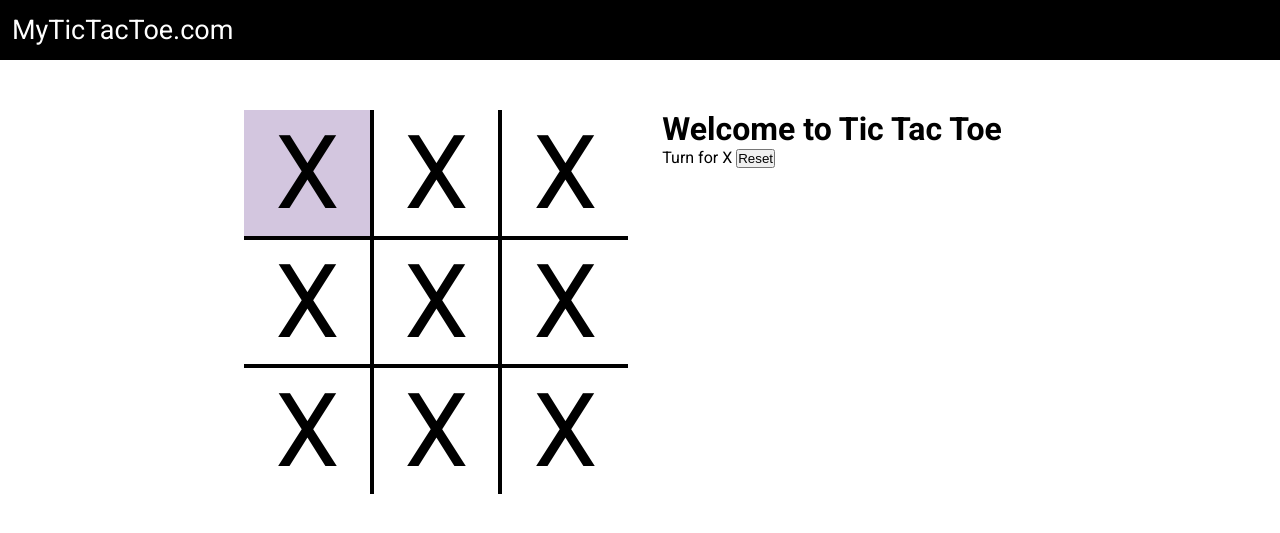
Repository: AshwinUgale/TicTacToe
Page: index.html
The author's editor kept a copy of each file at every save. The page is drawn from the files as they stood at one save, then again after the next save.
The browser window is 1280 px wide. The pictures show the whole page.
The pointer rests on the first visible `.box`.

Above is the page before, as saved 2024-12-19 10:15:30.

After the next save:
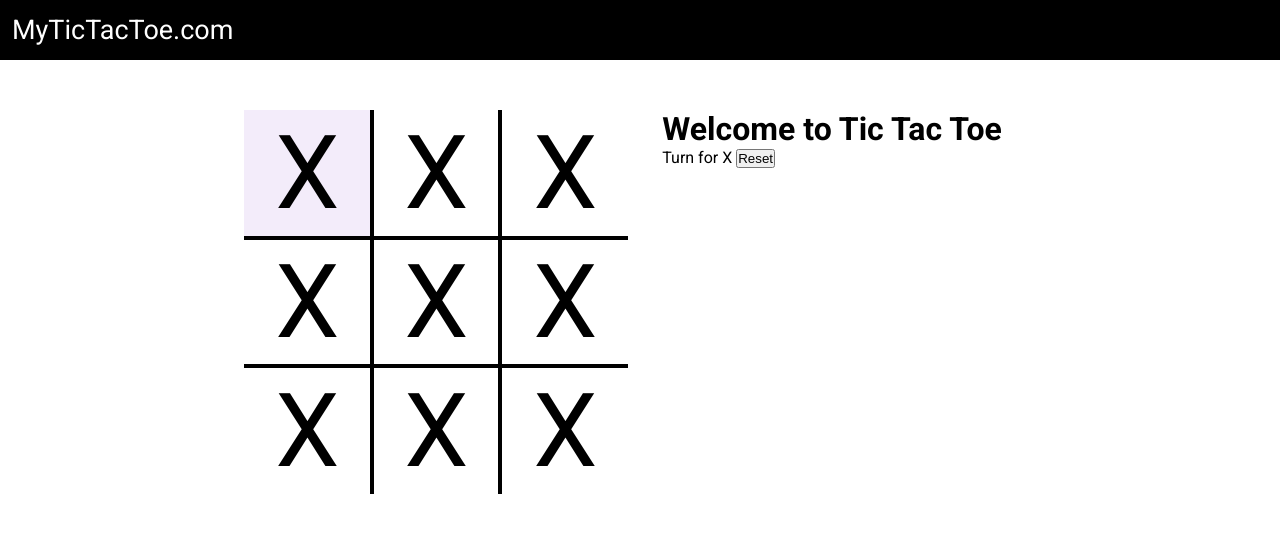
Saved 9 s later.
--- a/style.css
+++ b/style.css
@@ -43,7 +43,7 @@ nav ul{
 }
 
 .box:hover{
-    background-color: rgb(211, 198, 223);
+    background-color: rgb(243, 236, 250);
 }
 
 .gameInfo{
